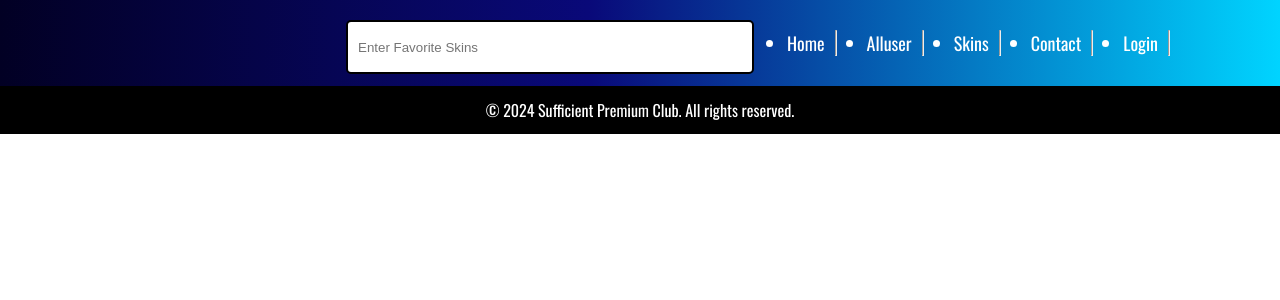
Repository: TechMukul/new
Page: /About
These files come from the project's save history. The page is drawn as it stood at one moment and after the next save; the edit follows.
The browser window is 1280 px wide. The pictures show the whole page.
Some web fonts or font styles are not loaded; a fallback is used. The project was rebuilt for these pictures with package versions that can differ from the ones it lists, and the page was loaded fresh each time. The framework's server and built-in components were replaced by stand-ins that run in the browser. Also part of the build but not shown: next.config.mjs.

Above is the page before, as saved 2024-08-09 14:47:50.

After the next save:
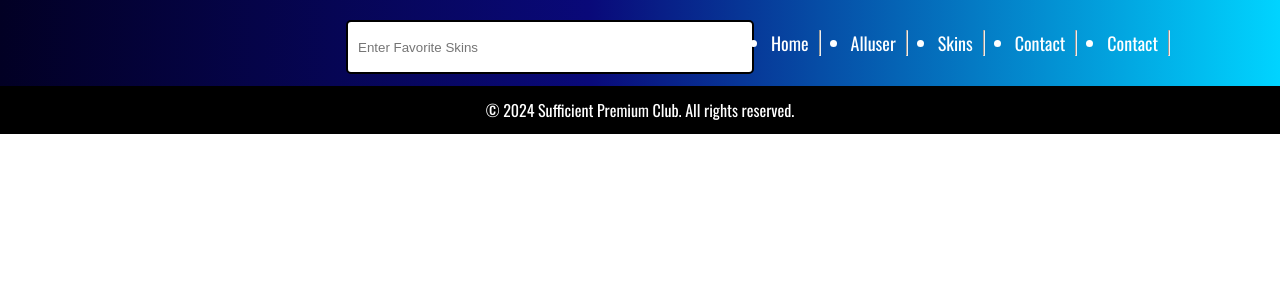
Saved 43 s later.
--- a/Components/Navbar/index.tsx
+++ b/Components/Navbar/index.tsx
@@ -39,13 +39,13 @@
         </li>
         <li className={style.items}>
           <div className={style.name}>
-            <p><Link href={"contact"} style={{textDecoration:"none",color:"white"}}>Contact </Link></p>
+            <p><Link href={"/contact"} style={{textDecoration:"none",color:"white"}}>Contact </Link></p>
             <hr className={style.line} />
           </div>
         </li>
         <li className={style.items}>
           <div className={style.name}>
-            <p>Login</p>
+          <p><Link href={"/Login"} style={{textDecoration:"none",color:"white"}}>Contact </Link></p>
             <hr className={style.line} />
           </div>
         </li>

After the save that followed:
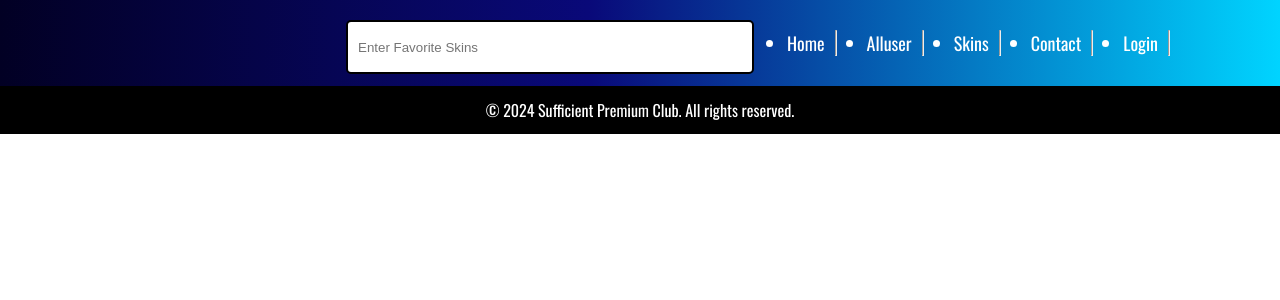
Saved 9 s later.
--- a/Components/Navbar/index.tsx
+++ b/Components/Navbar/index.tsx
@@ -45,7 +45,7 @@
         </li>
         <li className={style.items}>
           <div className={style.name}>
-          <p><Link href={"/Login"} style={{textDecoration:"none",color:"white"}}>Contact </Link></p>
+          <p><Link href={"/Login"} style={{textDecoration:"none",color:"white"}}>Login </Link></p>
             <hr className={style.line} />
           </div>
         </li>
